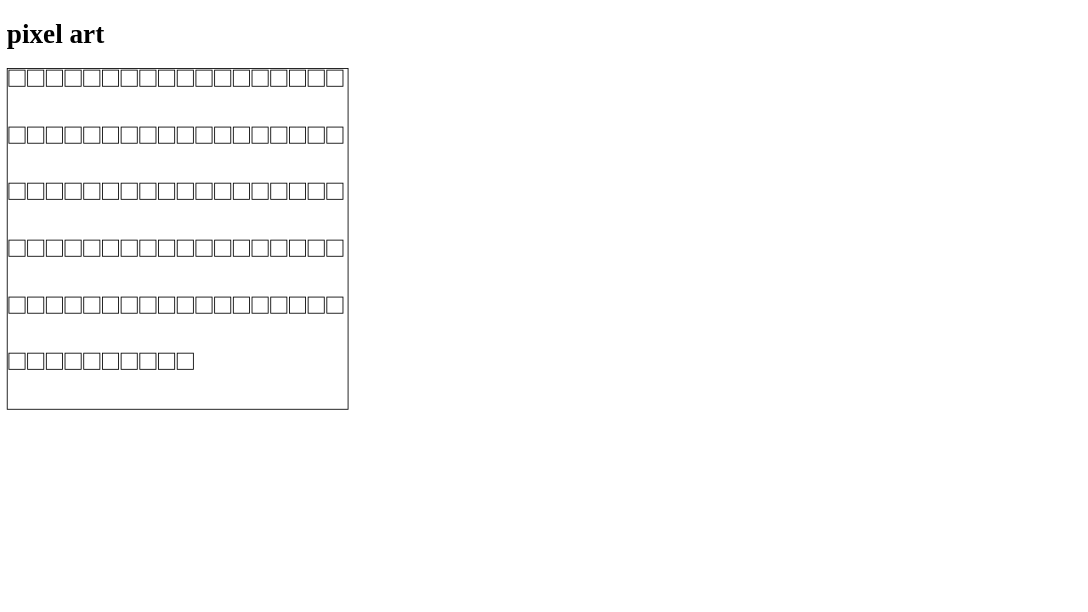
Repository: bechara611/pixelartdb
Page: /
The author's editor kept a copy of each file at every save. The page is drawn from the files as they stood at one save, then again after the next save.
The browser window is 1280 px wide. The pictures show the whole page, at 85% of full size.
The project was rebuilt for these pictures with package versions that can differ from the ones it lists, and the page was loaded fresh each time. Also part of the build but not shown: vite.config.js.

Above is the page before, as saved 2023-03-05 20:29:29.

After the next save:
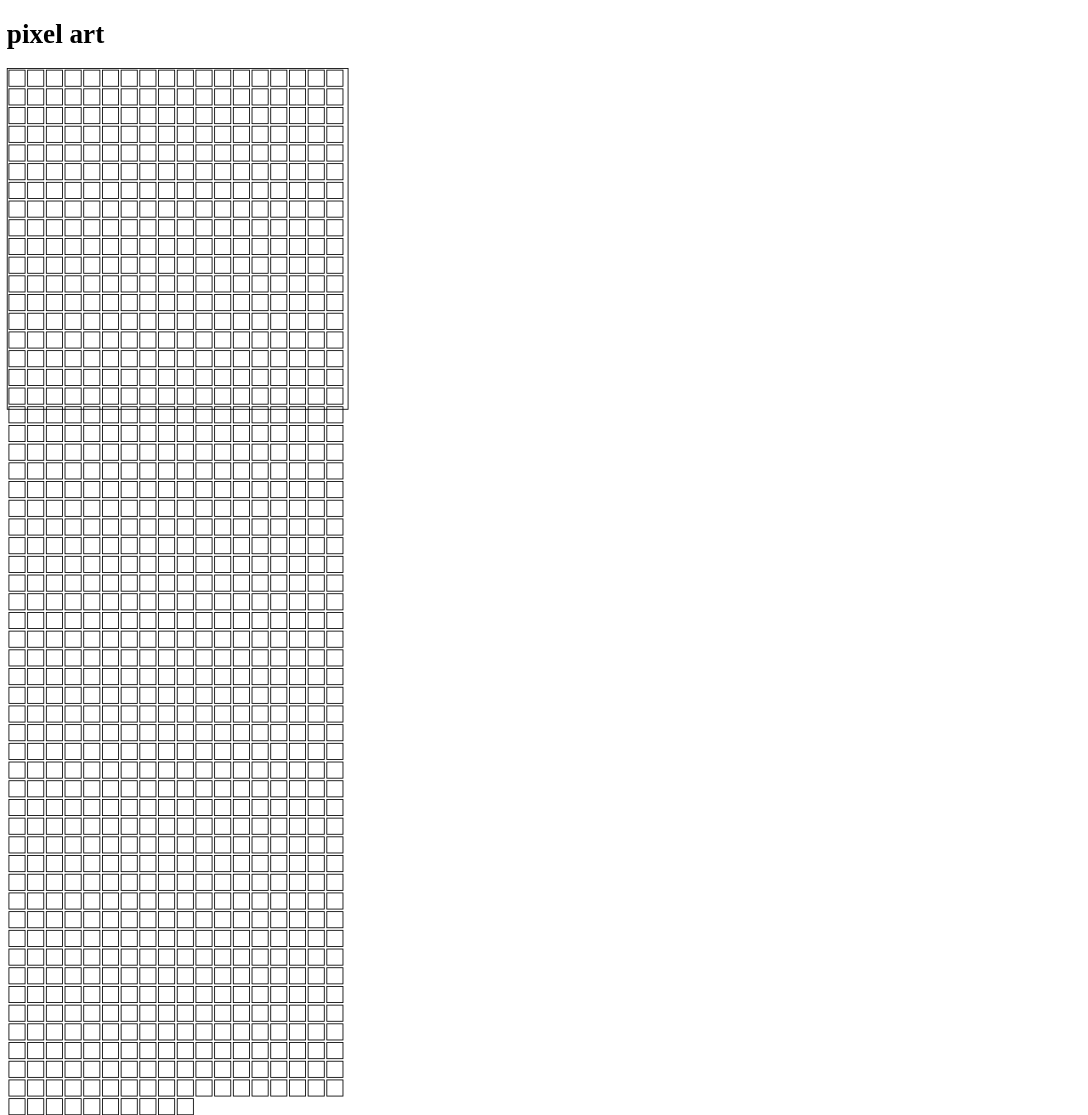
Saved 4 s later.
--- a/src/App.jsx
+++ b/src/App.jsx
@@ -17,7 +17,7 @@ console.log(contenedor.offsetHeight)
 console.log(contenedor.offsetWidth)
 let row = Math.ceil(contenedor.offsetHeight/10)
 let col = Math.ceil(contenedor.offsetWidth/10);
-setPixels(Array.from({length:100}))
+setPixels(Array.from({length:1000}))
 }, [])
 
 const funcionArray=(index)=>{
